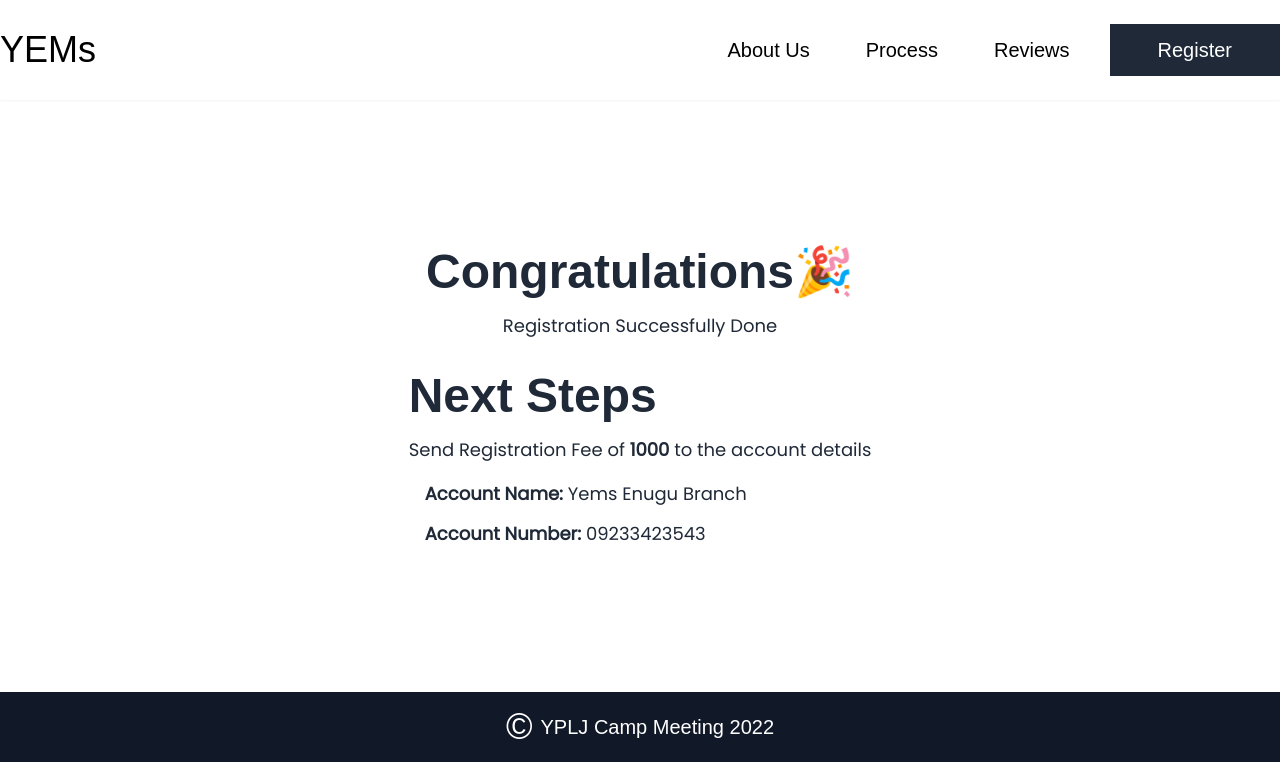
Repository: Ifenna-Pascal/user-camp-onboarding
Page: /dashboard
The author's editor kept a copy of each file at every save. The page is drawn from the files as they stood at one save, then again after the next save.
The browser window is 1280 px wide. The pictures show the whole page.
Some web fonts or font styles are not loaded; a fallback is used. The project was rebuilt for these pictures with package versions that can differ from the ones it lists, and the page was loaded fresh each time. The framework's server and built-in components were replaced by stand-ins that run in the browser. Also part of the build but not shown: next.config.js.

Above is the page before, as saved 2022-11-27 08:16:33.

After the next save:
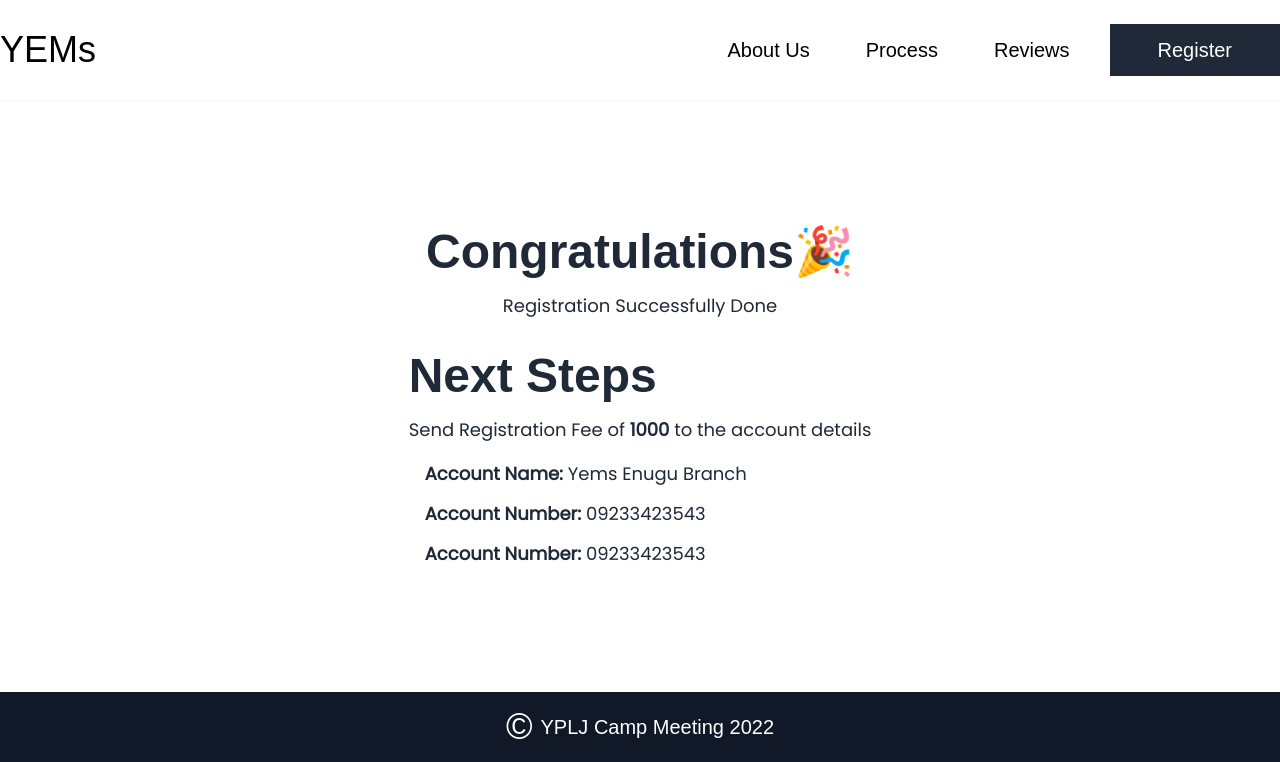
Saved 13 s later.
--- a/pages/dashboard.jsx
+++ b/pages/dashboard.jsx
@@ -23,6 +23,9 @@ function Dashboard() {
           <p className="block text-base  lg:text-lg text-left pb-3 font-poppins text-gray-800 leading-[30px]">
             <b>Account Number:</b> 09233423543
           </p>
+          <p className="block text-base  lg:text-lg text-left pb-3 font-poppins text-gray-800 leading-[30px]">
+            <b>Account Number:</b> 09233423543
+          </p>
         </div>
       </div>
     </div>
